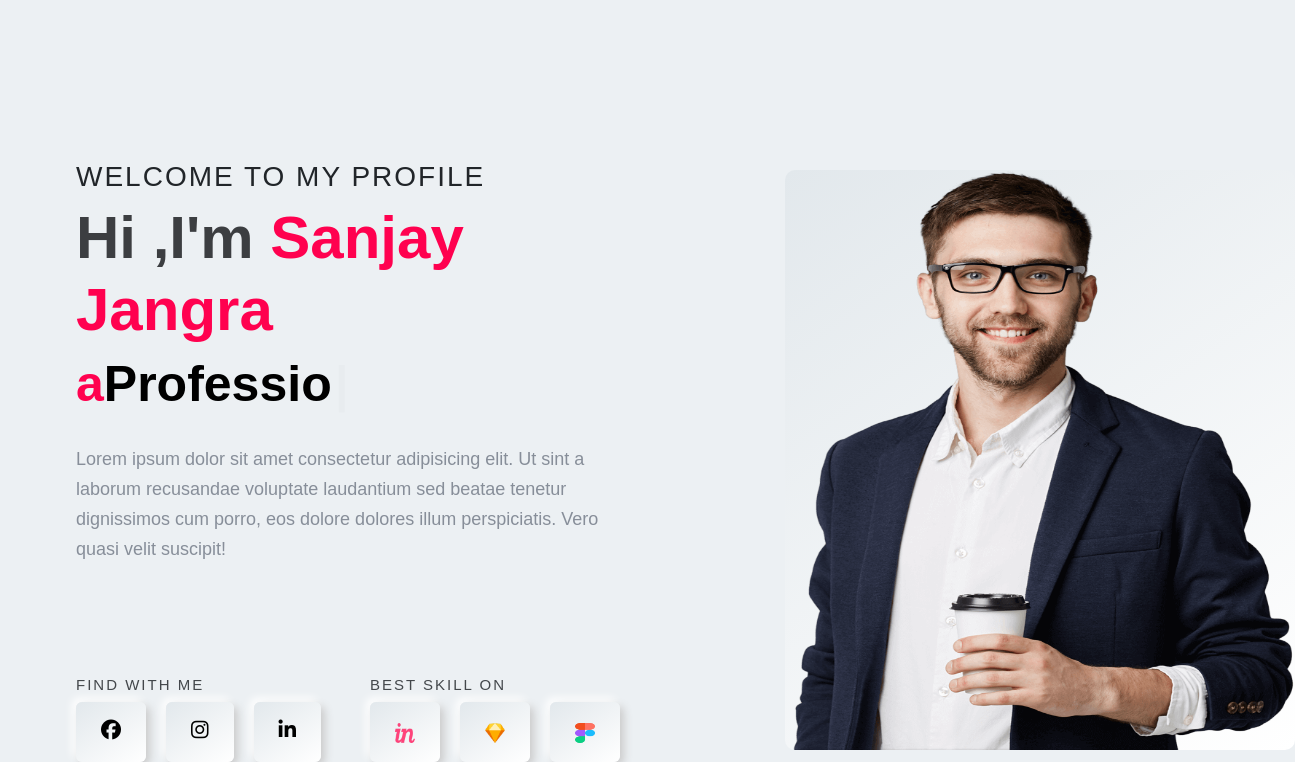
Repository: Sanjayjangra88/PortFolio
Page: /
These files come from the project's save history. The page is drawn as it stood at one moment and after the next save; the edit follows.
The browser window is 1280 px wide. The page is 1295 px wide, then 1280 px, so the pictures cover 1295 px, including what lies to the right of the window. The pictures show the whole page.
Some web libraries are served in a nearby version. The project was rebuilt for these pictures with package versions that can differ from the ones it lists, and the page was loaded fresh each time. Also part of the build but not shown: src/Components/Header/Header.jsx.

Above is the page before, as saved 2022-09-10 21:35:38.

### public/index.html
<!DOCTYPE html>
<html lang="en">
  <head>
    <meta charset="utf-8" />
    <link rel="icon" href="%PUBLIC_URL%/favicon.ico" />
    <meta name="viewport" content="width=device-width, initial-scale=1" />
    <meta name="theme-color" content="#000000" />
    <meta
      name="description"
      content="Web site created using create-react-app"
    />
    <link rel="apple-touch-icon" href="%PUBLIC_URL%/logo192.png" />
    <!--
      manifest.json provides metadata used when your web app is installed on a
      user's mobile device or desktop. See https://developers.google.com/web/fundamentals/web-app-manifest/
    -->
    <link rel="manifest" href="%PUBLIC_URL%/manifest.json" />
    <link rel="stylesheet" href="https://cdnjs.cloudflare.com/ajax/libs/font-awesome/6.1.1/css/all.min.css" integrity="sha512-KfkfwYDsLkIlwQp6LFnl8zNdLGxu9YAA1QvwINks4PhcElQSvqcyVLLD9aMhXd13uQjoXtEKNosOWaZqXgel0g==" crossorigin="anonymous" referrerpolicy="no-referrer" />

    <!--
      Notice the use of %PUBLIC_URL% in the tags above.
      It will be replaced with the URL of the `public` folder during the build.
      Only files inside the `public` folder can be referenced from the HTML.

      Unlike "/favicon.ico" or "favicon.ico", "%PUBLIC_URL%/favicon.ico" will
      work correctly both with client-side routing and a non-root public URL.
      Learn how to configure a non-root public URL by running `npm run build`.
    -->

    <link rel="manifest" href="%PUBLIC_URL%/manifest.json" />
    <link href="https://cdn.jsdelivr.net/npm/bootstrap@5.0.2/dist/css/bootstrap.min.css" rel="stylesheet" integrity="sha384-EVSTQN3/azprG1Anm3QDgpJLIm9Nao0Yz1ztcQTwFspd3yD65VohhpuuCOmLASjC" crossorigin="anonymous">
    <title>React App</title>
  </head>
  <body>
    <noscript>You need to enable JavaScript to run this app.</noscript>
    <div id="root"></div>
    <script src="https://kit.fontawesome.com/7578c5a215.js" crossorigin="anonymous"></script>
    <!--
      This HTML file is a template.
      If you open it directly in the browser, you will see an empty page.

      You can add webfonts, meta tags, or analytics to this file.
      The build step will place the bundled scripts into the <body> tag.

      To begin the development, run `npm start` or `yarn start`.
      To create a production bundle, use `npm run build` or `yarn build`.
    -->

    <script src="https://cdn.jsdelivr.net/npm/@popperjs/core@2.9.2/dist/umd/popper.min.js" integrity="sha384-IQsoLXl5PILFhosVNubq5LC7Qb9DXgDA9i+tQ8Zj3iwWAwPtgFTxbJ8NT4GN1R8p" crossorigin="anonymous"></script>
<script src="https://cdn.jsdelivr.net/npm/bootstrap@5.0.2/dist/js/bootstrap.min.js" integrity="sha384-cVKIPhGWiC2Al4u+LWgxfKTRIcfu0JTxR+EQDz/bgldoEyl4H0zUF0QKbrJ0EcQF" crossorigin="anonymous"></script>
  </body>
</html>

### src/App.js
import React from 'react'
import Header from './Components/Header/Header';
import "./App.css"
import Home from './Components/Home/Home';
const App = () => {
  return (
    <>
      {/* <Header/> */}
      <Home/>
    </>
  )
}

export default App

### src/App.css
@import url('https://fonts.googleapis.com/css2?family=Dancing+Script&family=EB+Garamond:ital,wght@1,500&family=Roboto+Slab:wght@300&display=swap');
* {
  padding: 0;
  margin: 0;
  box-sizing: border-box;
}
html {
  scroll-behavior: smooth;
}
body {
  font-family: "Poppins", sans-serif;
  background-color: #ecf0f3;
}
.container {
  max-width: 95%;
  margin: auto;
}
.d_flex {
  display: flex;
  justify-content: space-between;
}
.f_flex {
  display: flex;
}
a {
  text-decoration: none;
  color: black;
}
li {
  list-style: none;
}
.uppercase {
  text-transform: uppercase;
}
.capitalize {
  text-transform: capitalize;
}

button {
  border: none;
  outline: none;
  background-color: none;
}

.btn_shadow {
  padding: 18px 25px;
  border-radius: 6px;
  transition: 0.3s all ease;
  cursor: pointer;
  color: #000;
  transition: 0.5s;
}
.btn_shadow {
  background: linear-gradient(145deg, #e2e8ec, #ffffff);
  box-shadow: 4px 4px 8px #cbcbcb, -4px -4px 8px #ffffff;
}
.btn_shadow:hover {
  background: #ff014f;
  color: white;
  transform: translateY(-10px);
}
.box_shodow {
  background: linear-gradient(145deg, #e2e8ec, #ffffff);
  box-shadow: 4px 4px 8px #cbcbcb, -4px -4px 8px #ffffff;
  border-radius: 10px;
}
.row,
.left,
.right {
  width: 50%;
}
.top {
  margin-top: 80px;
}
.mtop {
  margin-top: 40px;
}
.heading {
  margin: 50px 0 50px 0;
}
.heading h4 {
  color: #ff014f;
  letter-spacing: 2px;
  font-weight: 400;
}
.heading h1 {
  font-size: 60px;
  color: #3c3e41;
}
h1 {
  color: #3c3e41;
}
.grid {
  display: grid;
  grid-template-columns: repeat(3, 1fr);
  grid-gap: 35px;
}
p {
  color: #3c3e41;
}
.text-center {
  text-align: center;
}
.primary_color {
  color: #ff014f;
}
textarea,
input {
  width: 100%;
  padding: 20px;
  border-radius: 5px;
  outline: none;
  border: 3px solid #e2e8ec;
  margin-bottom: 20px;
}
/*----------Footer---------*/
footer {
  margin: 20% 0 10% 0;
}
footer p {
  margin-top: 30px;
}
/*----------Footer---------*/
@media (max-width: 768px) {
  .grid {
    grid-template-columns: repeat(2, 1fr);
  }
  .left,
  .right {
    width: 100%;
  }
  }

### src/Components/Home/Home.jsx
import React from 'react'
import './home.css'
import hero from '../Pic/hero.png'
import skill1 from '../Pic/skill1.png'
import skill2 from '../Pic/skill2.png'
import skill3 from '../Pic/skill3.png'

import { Typewriter} from 'react-simple-typewriter'

const Home = () => {
  return (
    <>
      <section className='hero'id='home'>
        <div className="container f_flex top">
            <div className="left top">
                <h3>WELCOME TO MY PROFILE</h3>
                <h1>
                    Hi ,I'm <span>Sanjay Jangra
                        </span></h1>
                <h2>
                    a
                    <span>
                    <Typewriter
            words={['Web Developer', 'Professional Coder.']}
            loop
            cursor
            cursorStyle='|'
            typeSpeed={70}
            deleteSpeed={50}
            delaySpeed={1000}
            // onLoopDone={handleDone}
            // onType={handleType}
            />
                        </span></h2>
                        <p>
Lorem ipsum dolor sit amet consectetur adipisicing elit. Ut sint a laborum recusandae voluptate laudantium sed beatae tenetur dignissimos cum porro, eos dolore dolores illum perspiciatis. Vero quasi velit suscipit!
                        </p>
                        <div className='hero_btn d_flex'>
                            <div className="col_1">
                                <h4>FIND WITH ME</h4>
                                <div className="button">
                                    <button className='btn_shadow'>
                                        <i className='fab fa-facebook'></i>
                                    </button>
                                    <button className='btn_shadow'>
                                        <i className='fab fa-instagram'></i>
                                    </button>
                                    <button className='btn_shadow'>
                                        <i className='fab fa-linkedin-in'></i>
                                    </button>
                                </div>
                            </div>
                            <div className="col_1">
                                <h4>BEST SKILL ON</h4>
                                <button className='btn_shadow'>
                                        <img src={skill1}alt=''/>
                                    </button>
                                <button className='btn_shadow'>
                                        <img src={skill2}alt=''/>
                                    </button>
                                <button className='btn_shadow'>
                                        <img src={skill3}alt=''/>
                                    </button>
                            </div>
                        </div>
            </div>
            <div className="right">
                <div className="right_img">
                    <img src={hero}alt=''/>
                </div>
            </div>
        </div>
      </section>
    </>
  )
}

export default Home

### src/Components/Header/header.css

*,
*::after,
*::before{
    box-sizing: border-box;
    padding: 0;
    margin: 0;
}

.html{
    font-size: 62.5%;
}

.navbar input[type="checkbox"],
.navbar .hamburger-lines{
    display: none;
}

.container{
    max-width: 1200px;
    width: 90%;
    margin: auto;
}

.navbar{
    box-shadow: 0px 5px 10px 0px #aaa;
    position: fixed;
    width: 100%;
    background: #FAA7B8;
    color: #000;
    opacity: 0.85;
    z-index: 100;
}

.navbar-container{
    display: flex;
    justify-content: space-between;
    height: 64px;
    align-items: center;
}

.menu-items{
    margin-top: 15px;
    order: 2;
    display: flex;
}
.logo{
    order: 1;
    font-size: 2.3rem;
    margin-bottom: 5px;
}

.menu-items li{
    list-style: none;
    margin-left: 1.5rem;
    font-size: 1.3rem;
}

.navbar a{
    color: #444;
    text-decoration: none;
    font-weight: 500;
    transition: color 0.3s ease-in-out;
}

.navbar a:hover{
    color: #117964;
}
.home-btn:hover {
  background: #ff014f;
  color: white;
}


.home-btn {
  padding: 18px 25px;
  height: 1vh;
  line-height: 1vh;
  font-size: 13px;
  border-radius: 6px;
  transition: 0.3s all ease;
  cursor: pointer;
  height: fit-content;
  color: #ff014f;

}
.home-btn {
  background: linear-gradient(145deg, #e2e8ec, #ffffff);
  box-shadow: 4px 4px 8px #cbcbcb, -4px -4px 8px #ffffff;
}
navbar {
  transition: 0.5s;
  font-size: 13px;
  font-weight: 500;
  letter-spacing: 2px;
}





@media (max-width: 900px){
    .navbar{
        opacity: 0.95;
    }

    .navbar-container input[type="checkbox"],
    .navbar-container .hamburger-lines{
        display: block;
    }

    .navbar-container{
        display: block;
        position: relative;
        height: 64px;
    }

    .navbar-container input[type="checkbox"]{
        position: absolute;
        display: block;
        height: 32px;
        width: 30px;
        top: 20px;
        left: 20px;
        z-index: 5;
        opacity: 0;
        cursor: pointer;
    }

    .navbar-container .hamburger-lines{
        display: block;
        height: 28px;
        width: 35px;
        position: absolute;
        top: 20px;
        left: 20px;
        z-index: 2;
        display: flex;
        flex-direction: column;
        justify-content: space-between;
    }

    .navbar-container .hamburger-lines .line{
        display: block;
        height: 4px;
        width: 100%;
        border-radius: 10px;
        background: #333;
    }

    .navbar-container .hamburger-lines .line1{
        transform-origin: 0% 0%;
        transition: transform 0.3s ease-in-out;
    }

    .navbar-container .hamburger-lines .line2{
        transition: transform 0.2s ease-in-out;
    }

    .navbar-container .hamburger-lines .line3{
        transform-origin: 0% 100%;
        transition: transform 0.3s ease-in-out;
    }

    .navbar .menu-items{
        padding-top: 100px;
        background: #fff;
        height: 100vh;
        max-width: 300px;
        transform: translate(-150%);
        display: flex;
        flex-direction: column;
        margin-left: -40px;
        padding-left: 40px;
        transition: transform 0.5s ease-in-out;
        box-shadow:  5px 0px 10px 0px #aaa;
        overflow: scroll;
    }

    .navbar .menu-items li{
        margin-bottom: 1.8rem;
        font-size: 1.1rem;
        font-weight: 500;
    }

    .logo{
        position: absolute;
        top: 10px;
        right: 15px;
        font-size: 2.5rem;

    }

    .navbar-container input[type="checkbox"]:checked ~ .menu-items{
        transform: translateX(0);
    }

    .navbar-container input[type="checkbox"]:checked ~ .hamburger-lines .line1{
        transform: rotate(45deg);
    }

    .navbar-container input[type="checkbox"]:checked ~ .hamburger-lines .line2{
        transform: scaleY(0);
    }

    .navbar-container input[type="checkbox"]:checked ~ .hamburger-lines .line3{
        transform: rotate(-45deg);
    }
    .home-btn:hover {
      background: #ff014f;
      color: white;

    }


    .home-btn {
      padding: 18px 25px;
      height: 1vh;
      line-height: 1vh;
      font-size: 13px;
      border-radius: 6px;
      transition: 0.3s all ease;
      cursor: pointer;
      height: fit-content;
      color: #ff014f;
      margin-right: 25px;

    }
    .home-btn {
      background: linear-gradient(145deg, #e2e8ec, #ffffff);
      box-shadow: 4px 4px 8px #cbcbcb, -4px -4px 8px #ffffff;
    }

}

@media (max-width: 500px){
    .navbar-container input[type="checkbox"]:checked ~ .logo{
        display: none;
    }
}
.demo{
  height: 300vh;
}

### src/Components/Home/home.css
.hero{
    position: relative;

}
.hero h3{
    font-weight: 100;
    letter-spacing: 2px;
}
.hero h1{
    font-size: 60px;
    font-weight: bold;
}
.hero h1 span{
    color: #ff014f;
}
.hero h2{
    font-size: 50px;
    font-weight: bold;
    color: #ff014f;
}
.hero h2 span{
    color: black;
}
.hero p{
    color:#878e99;
    font-size: 18px;
    line-height: 30px;
    margin-top: 30px;
}
.hero_btn{
    margin-top: 20%;
}
/* .hero_btn{
    <element class="hero_btn">
    Selector Specificity:(0,1,0)
} */

.hero_btn h4{
    font-weight: 500;
    letter-spacing: 2px;
    color: #43474b;
    font-size: 15px;
    margin: 30pz 0 30px 0;

}
.hero_btn button{
    margin-right: 20px;
}
.hero_btn i{
    font-size: 20px;
}
.hero_btn button img{
    width: 20px;
    height: 20px;
   }
   .hero .left{
    margin-right: 10px;
   }
.hero .right{
    width: 40%;
    position: relative;
    }
.hero .right img{
    background: linear-gradient(145deg ,#e2e8ec , #ffffff);
    box-shadow: 4px 4px 8px #cbcbcb .4ox -4px 8px #ffffff;
    border-radius: 10px;
    height: 580px;
    width: 510px;
    margin-top: 20%;
    margin-left: 30%;

}
/* .hero .right_img img{
    position: absolute;
    top: 0;
    right: 10%;
    width: 510px;

} */

Loaded but not shown: src/index.js (common file); src/index.css (common file); src/reportWebVitals.js (common file)

After the next save:
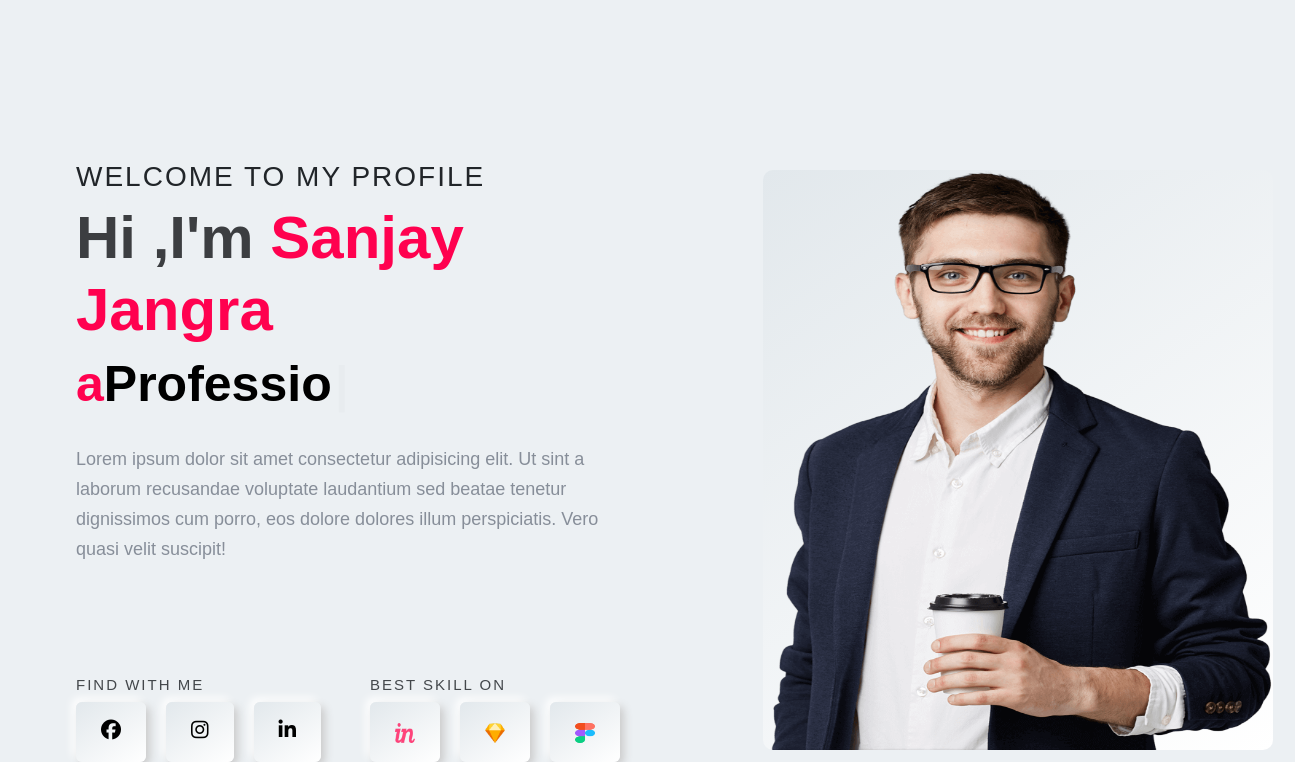
Saved 14 s later.
--- a/src/Components/Home/home.css
+++ b/src/Components/Home/home.css
@@ -67,7 +67,7 @@
     height: 580px;
     width: 510px;
     margin-top: 20%;
-    margin-left: 30%;
+    margin-left: 25%;
 
 }
 /* .hero .right_img img{
